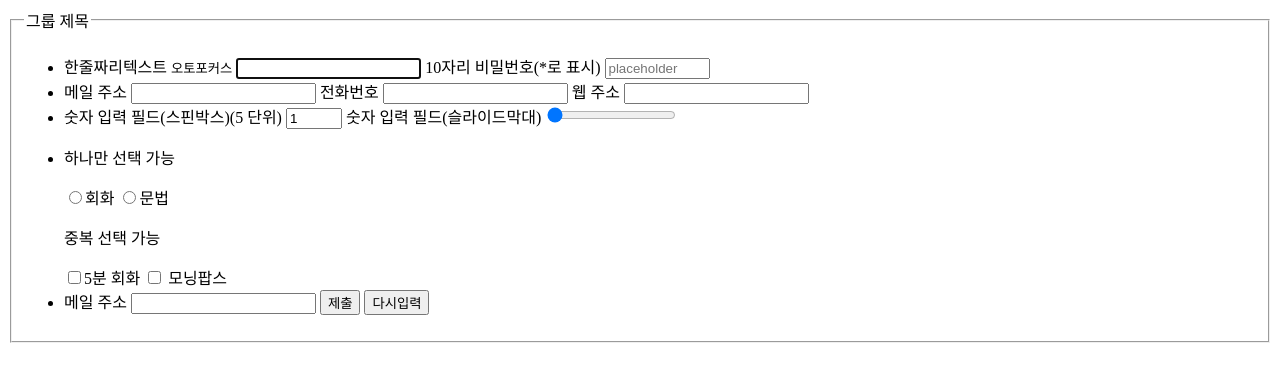
Repository: yeonddu/green_css
Page: web/pro01/songyeonsu/input1.html
The author's editor kept a copy of each file at every save. The page is drawn from the files as they stood at one save, then again after the next save.
The browser window is 1280 px wide. The pictures show the whole page.

Above is the page before, as saved 2022-12-13 06:27:18.

After the next save:
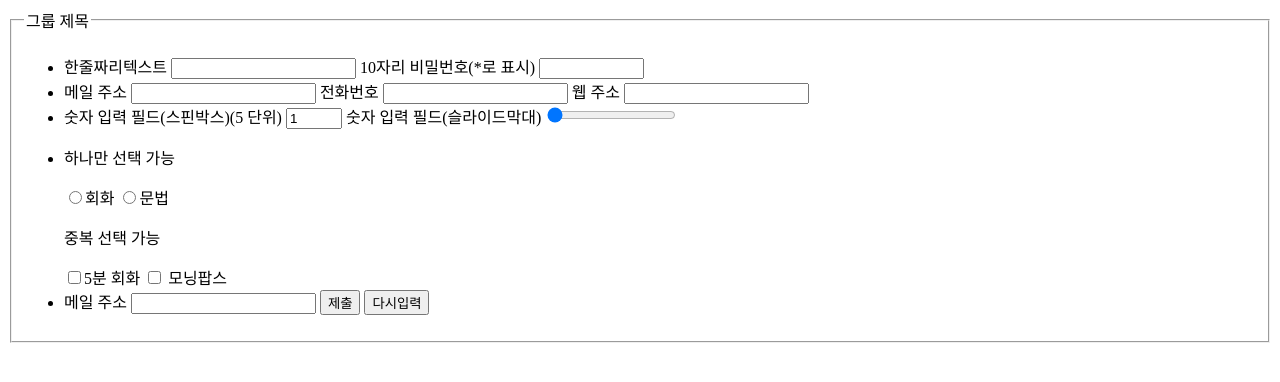
Saved 2 min 24 s later.
--- a/web/pro01/songyeonsu/input1.html
+++ b/web/pro01/songyeonsu/input1.html
@@ -10,10 +10,10 @@
 	<legend>그룹 제목</legend>
 	<ul>
 		<li>
-				<label for="user_id">한줄짜리텍스트 <small>오토포커스</small></label>
-				<input type="text" id="user_id" autofocus>
+				<label for="user_id">한줄짜리텍스트</label>
+				<input type="text" id="user_id">
 				<label for="user_pw">10자리 비밀번호(*로 표시)</label>
-				<input type="password" id="user_pw" size="10" placeholder="placeholder">
+				<input type="password" id="user_pw" size="10">
 		</li>
 		<li>
 			<label for="mail">메일 주소</label>
@@ -43,7 +43,6 @@
 			<input type="submit" value="제출">
 			<input type="reset" value="다시입력">
 		</li>
-
 	</ul>
 </fieldset>
 </form>
